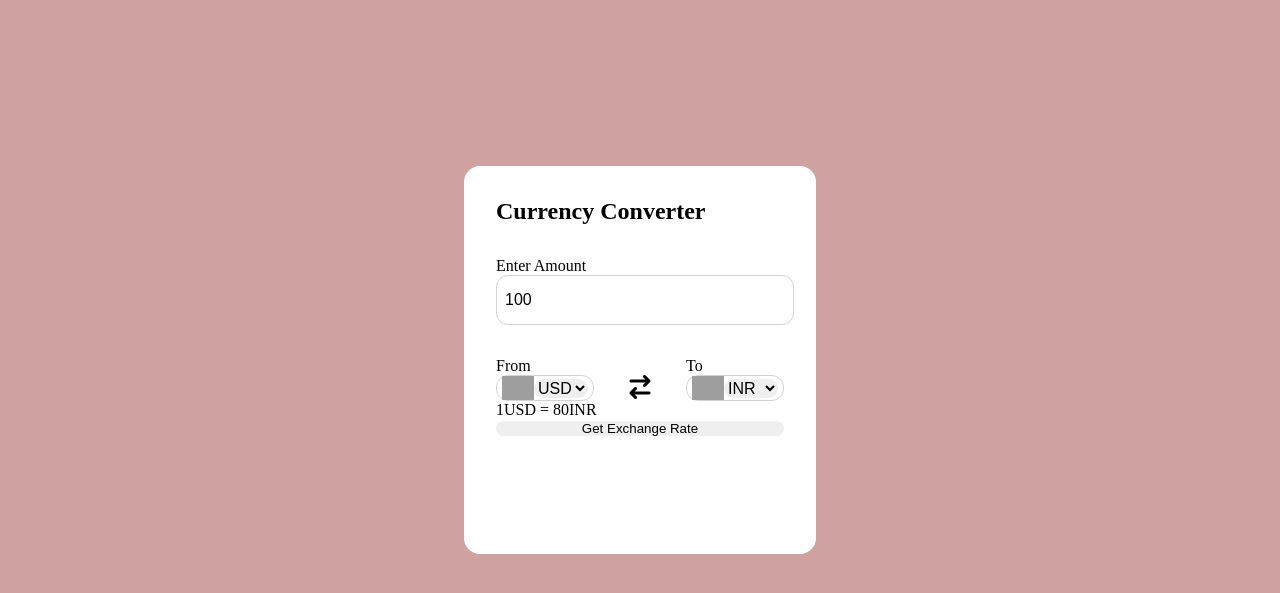
Repository: Chiranshukapil/Currency-Converter
Page: index.html
The author's editor kept a copy of each file at every save. The page is drawn from the files as they stood at one save, then again after the next save.
The browser window is 1280 px wide. The pictures show the whole page.
Pictures or frames that could not be fetched are drawn as grey boxes.

Above is the page before, as saved 2024-07-01 04:33:26.

### index.html
<!DOCTYPE html>
<html lang="en">
<head>
    <meta charset="UTF-8">
    <meta name="viewport" content="width=device-width, initial-scale=1.0">
    <title>Currency Converter</title>
    <link rel="stylesheet" href="style.css">
    <link rel="stylesheet" href="https://cdnjs.cloudflare.com/ajax/libs/font-awesome/6.5.2/css/all.min.css" integrity="sha512-SnH5WK+bZxgPHs44uWIX+LLJAJ9/2PkPKZ5QiAj6Ta86w+fsb2TkcmfRyVX3pBnMFcV7oQPJkl9QevSCWr3W6A==" crossorigin="anonymous" referrerpolicy="no-referrer" />
</head>
<body>
    <div class="container">
        <h2>Currency Converter</h2>
        <form>
            <div class="amount">
                <p>Enter Amount</p>
                <input value="100" type="text">
            </div>
            <div class="dropdown">
                <div class="from">
                    <p>From</p>
                    <div class="select-container">
                        <img src="https://flagsapi.com/US/flat/64.png">
                        <select name="from">
                            <option value="USD">USD</option>
                            <option value="INR">INR</option>
                            <option value="EUR">EUR</option>
                            <option value="AUD">AUD</option>
                        </select>
                    </div>
                </div>
                <i class="fa-solid fa-arrow-right-arrow-left"></i>
                <div class="to">
                    <p>To</p>
                    <div class="select-container">
                        <img src="https://flagsapi.com/IN/flat/64.png">
                        <select name="to">
                            <option value="USD">USD</option>
                            <option value="INR" selected>INR</option>
                            <option value="EUR">EUR</option>
                            <option value="AUD">AUD</option>
                        </select>
                    </div>
                </div>
            </div>
            <div class="msg">1USD = 80INR</div>
            <button>Get Exchange Rate</button>
        </form>
    </div>



    <script src="script.js"></script>
</body>
</html>

### style.css
*{
    margin: 0;
    padding: 0;
}

html,body{
    height: 100%;
    width: 100%;
    display: flex;
    flex-direction: column;
    align-items: center;
    justify-content: center;
    background-color: rgb(207, 161, 161);
}
.container{
    /* display: flex;
    flex-direction: column;
    text-align: center;
    align-items: center;
    justify-content: center; */
    background-color: white;
    padding: 2rem;
    border-radius: 1rem;
    min-height: 45vh;
    width: 40vh;
}

form{
    margin: 2rem 0 1rem 0;
}

form select,button,input{
    width: 100%;
    border: none;
    outline: none;
    border-radius: 0.75rem;
}

form input{
    border: 1px solid lightgray;
    font-size: 1rem;
    height: 3rem;
    padding-left: 0.5rem;
}

.dropdown{
    display: flex;
    justify-content: space-between;
    align-items: center;
    margin-top: 2rem;
}

.dropdown i{
    font-size: 1.5rem;
    margin-top: 1rem;
}

.select-container img{
    max-width: 2rem;
}

.select-container{
    display: flex;
    justify-content: center;
    align-items: center;
    width: 6rem;
    border-radius: 0.75rem;
    border: 1px solid lightgray;
}

.select-container select{
    font-size: 1rem;
    width: auto;
}

.msg{
    margin: ;
}

Loaded but not shown: script.js (no copy from this time; the picture is the same without it)

After the next save:
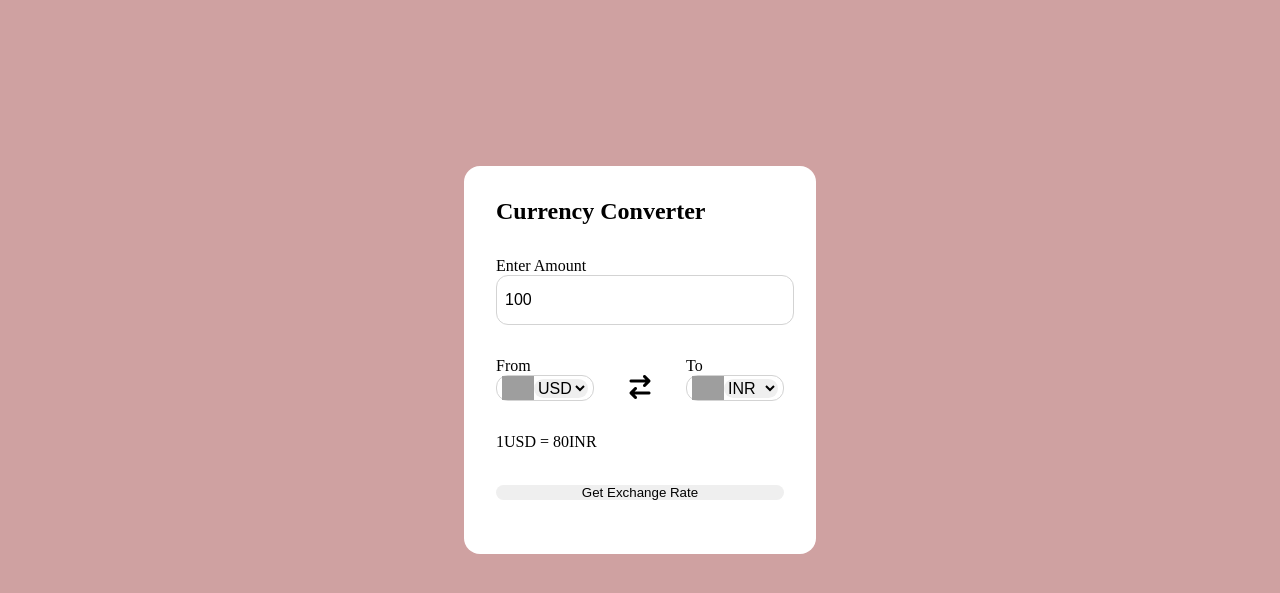
Saved 4 s later.
--- a/style.css
+++ b/style.css
@@ -74,5 +74,5 @@ form input{
 }
 
 .msg{
-    margin: ;
+    margin: 2rem 0;
 }
